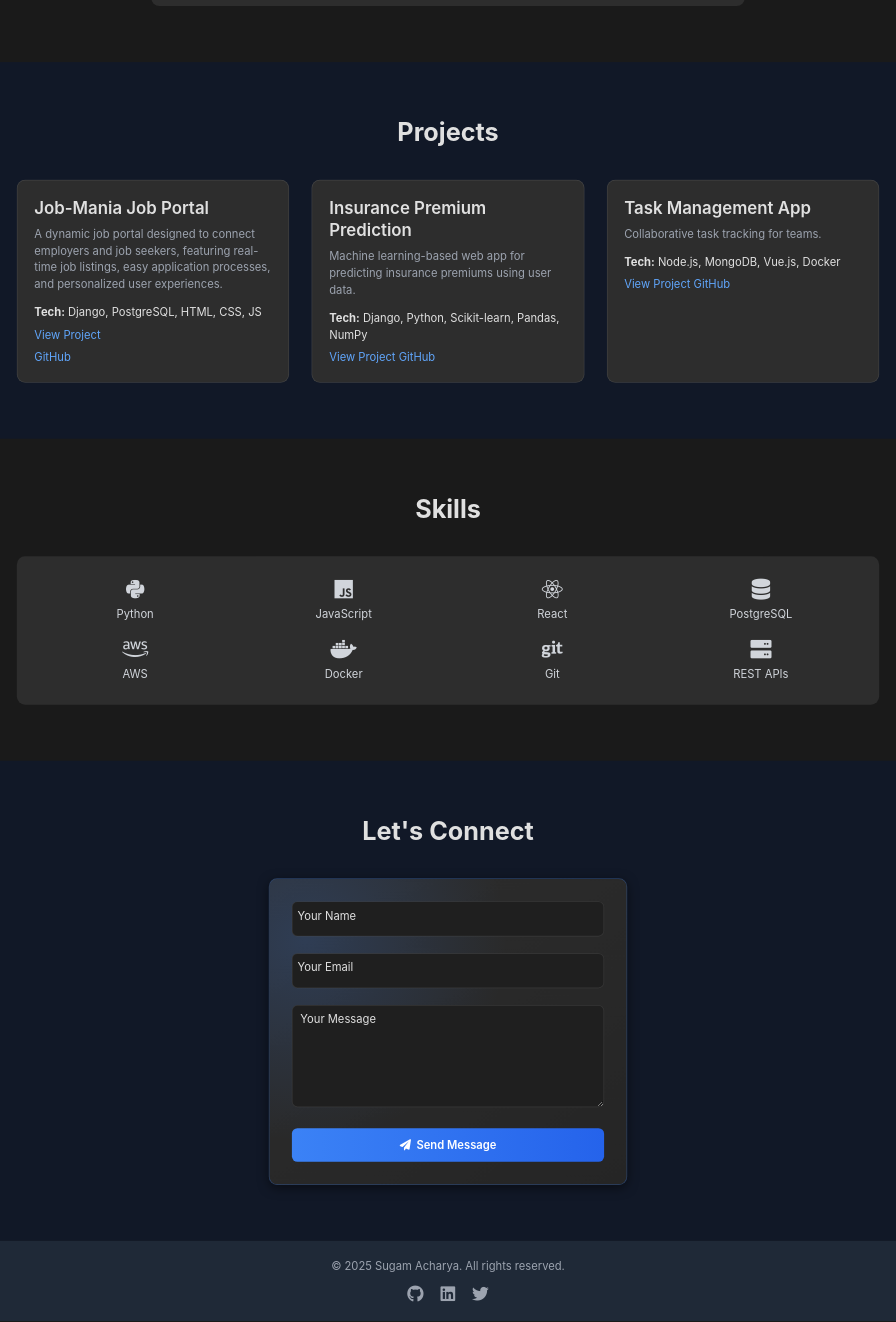
Repository: Sugaam0/Portfolio
Page: portfolio/home/templates/home/index.html
The author's editor kept a copy of each file at every save. The page is drawn from the files as they stood at one save, then again after the next save.
The browser window is 1280 px wide. The pictures show the part of the page from y = 994 to 2914 px (the page is 2882 px tall before and 2914 px after), at 70% of full size.
The template is drawn by Django 5.2. The application's start-up code is not run. Other server files are loaded and not shown. The template is opened directly, without the code that normally fills it, so the values that code supplies are empty.

Above is the page before, as saved 2025-05-08 17:46:37.

### portfolio/home/templates/home/index.html
{% load static %}
<!DOCTYPE html>
<html lang="en">
<head>
  <meta charset="UTF-8" />
  <meta name="viewport" content="width=device-width, initial-scale=1.0"/>
  <title>| Sugam Acharya |</title>
  <link href="https://cdn.jsdelivr.net/npm/tailwindcss@2.2.19/dist/tailwind.min.css" rel="stylesheet"/>
  <link rel="stylesheet" href="https://cdnjs.cloudflare.com/ajax/libs/font-awesome/6.0.0-beta3/css/all.min.css"/>
  <link rel="stylesheet" href="{% static 'css/style.css' %}">
</head>
<body class="antialiased scroll-smooth">

{% include 	"home/navbar.html" %}
<!-- Hero Section -->
<section id="home" class="min-h-screen flex items-center justify-center pt-20">
  <div class="container mx-auto px-6 text-center">
    <h1 class="text-5xl font-bold mb-4">Aspiring Full-Stack Developer</h1>
    <p class="text-lg text-accent mb-4">
      <span id="typed-text" class="font-semibold">Building the web one line at a time.</span>
    </p>
    <p class="text-xl text-secondary mb-6">
      Eager to build innovative digital experiences and grow through hands-on projects and collaboration.
    </p>
    <p class="text-md text-secondary mb-8">
      Recently completed training in modern web technologies including Python, JavaScript, and Java.
    </p>
    <a href="#projects" class="btn-accent px-6 py-3 rounded-lg font-semibold">Explore My Work</a>
  </div>
</section>

<!-- About Section -->
<section id="about" class="py-20">
  <div class="container mx-auto px-6 max-w-4xl">
    <h2 class="text-4xl font-bold text-center mb-10">About Me</h2>
    <div class="section-bg p-8">
      <p class="text-lg leading-relaxed text-gray-300">
        Passionate coder focused on building efficient web solutions. Skilled in Python and Machine Learning, I'm eager to turn creative ideas into functional applications.
      </p>
    </div>
  </div>
</section>

<!-- Projects -->
<section id="projects" class="py-20 bg-gray-900">
    <div class="container mx-auto px-6">
      <h2 class="text-4xl font-bold text-center mb-12">Projects</h2>
      <div class="grid grid-cols-1 sm:grid-cols-2 lg:grid-cols-3 gap-8">
        <!-- Project Cards -->
        <div class="project-card section-bg p-6">
          <h3 class="text-2xl font-semibold mb-2">Job-Mania Job Portal</h3>
          <p class="text-gray-400 mb-4">A dynamic job portal designed to connect employers and job seekers, featuring real-time job listings, easy application processes, and personalized user experiences.</p>
          <p><strong>Tech:</strong> Django, PostgreSQL, HTML, CSS, JS</p>
          <a href="#" class="text-blue-400 hover:underline mt-2 inline-block">View Project</a><br>
          <a href="#" class="text-blue-400 hover:underline mt-2 inline-block">GitHub</a>
        </div>
        <div class="project-card section-bg p-6">
          <h3 class="text-2xl font-semibold mb-2">Insurance Premium Prediction</h3>
          <p class="text-gray-400 mb-4">Machine learning-based web app for predicting insurance premiums using user data.</p>
          <p><strong>Tech:</strong> Django, Python, Scikit-learn, Pandas, NumPy</p>
          <a href="#" class="text-blue-400 hover:underline mt-2 inline-block">View Project</a>
          <a href="#" class="text-blue-400 hover:underline mt-2 inline-block">GitHub</a>

        </div>
        <div class="project-card section-bg p-6">
          <h3 class="text-2xl font-semibold mb-2">Task Management App</h3>
          <p class="text-gray-400 mb-4">Collaborative task tracking for teams.</p>
          <p><strong>Tech:</strong> Node.js, MongoDB, Vue.js, Docker</p>
          <a href="#" class="text-blue-400 hover:underline mt-2 inline-block">View Project</a>
          <a href="#" class="text-blue-400 hover:underline mt-2 inline-block">GitHub</a>

        </div>
      </div>
    </div>
  </section>


<!-- Skills -->
<section id="skills" class="py-20">
  <div class="container mx-auto px-6">
    <h2 class="text-4xl font-bold text-center mb-12">Skills</h2>
    <div class="section-bg p-8 grid grid-cols-2 md:grid-cols-4 gap-6 text-center text-gray-300">
      <div><i class="fab fa-python text-3xl mb-2 icon-hover"></i><p>Python</p></div>
      <div><i class="fab fa-js text-3xl mb-2 icon-hover"></i><p>JavaScript</p></div>
      <div><i class="fab fa-react text-3xl mb-2 icon-hover"></i><p>React</p></div>
      <div><i class="fas fa-database text-3xl mb-2 icon-hover"></i><p>PostgreSQL</p></div>
      <div><i class="fab fa-aws text-3xl mb-2 icon-hover"></i><p>AWS</p></div>
      <div><i class="fab fa-docker text-3xl mb-2 icon-hover"></i><p>Docker</p></div>
      <div><i class="fab fa-git text-3xl mb-2 icon-hover"></i><p>Git</p></div>
      <div><i class="fas fa-server text-3xl mb-2 icon-hover"></i><p>REST APIs</p></div>
    </div>
  </div>
</section>

<!-- Contact Section -->
<section id="contact" class="py-20 bg-gray-900">
  <div class="container mx-auto px-6">
    <h2 class="text-4xl font-bold text-center mb-12">Let's Connect</h2>
    <div class="contact-form p-8 max-w-lg mx-auto rounded-xl">
      <form action="{% url 'contact' %}" method="POST">
        {% csrf_token %}
        <div class="mb-6 relative">
          <input type="text" id="name" name="name" class="form-input w-full p-3 rounded-lg peer" placeholder=" " required>
          <label for="name" class="form-label absolute left-2 top-2 text-secondary">Your Name</label>
        </div>
        <div class="mb-6 relative">
          <input type="email" id="email" name="email" class="form-input w-full p-3 rounded-lg peer" placeholder=" " required>
          <label for="email" class="form-label absolute left-2 top-2 text-secondary">Your Email</label>
        </div>
        <div class="mb-6 relative">
          <textarea id="message" name="message" rows="5" class="form-input w-full p-3 rounded-lg peer" placeholder=" " required></textarea>
          <label for="message" class="form-label absolute left-3 top-2 text-secondary">Your Message</label>
        </div>
        <button type="submit" class="btn-accent w-full py-3 rounded-lg font-semibold flex items-center justify-center gap-2">
          <i class="fas fa-paper-plane"></i> Send Message
        </button>
      </form>
    </div>
  </div>
</section>

<!-- Footer -->
{% include "home/footer.html" %}
</body>
</html>

### portfolio/home/templates/home/navbar.html
<!-- Navbar -->
<nav class="navbar fixed top-0 w-full z-50">
    <div class="container mx-auto px-6 py-5 flex justify-between items-center">
      <a href="{% url 'index' %}" class="logo text-white">Sugam Acharya</a>
      <div class="space-x-6 text-sm font-medium">
        <a href="#about" class="nav-link">About</a>
        <a href="#projects" class="nav-link">Projects</a>
        <a href="#skills" class="nav-link">Skills</a>
        <a href="#contact" class="nav-link">Contact</a>
      </div>
    </div>
  </nav>

### portfolio/home/templates/home/footer.html
<footer class="bg-gray-800 py-6">
    <div class="container mx-auto px-6 text-center text-gray-400">
      <p>© 2025 Sugam Acharya. All rights reserved.</p>
      <div class="flex justify-center space-x-6 mt-4">
        <a href="https://github.com/Sugaam0" class="icon-hover" target="_blank"><i class="fab fa-github text-2xl"></i></a>
        <a href="https://www.linkedin.com/in/sugam-acharya-b1059a23b/" class="icon-hover" target="_blank"><i class="fab fa-linkedin text-2xl"></i></a>
        <a href="https://x.com/gaam_su" class="icon-hover" target="_blank"><i class="fab fa-twitter text-2xl"></i></a>
      </div>
    </div>
  </footer>

### portfolio/home/static/css/style.css
:root {
    --bg-primary: #1a1a1a;
    --bg-secondary: #2d2d2d;
    --text-primary: #e0e0e0;
    --text-secondary: #a0a0a0;
    --accent: #3b82f6;
    --accent-dark: #2563eb;
  }

  body {
    background-color: var(--bg-primary);
    color: var(--text-primary);
    font-family: 'Inter', sans-serif;
  }

  .navbar {
    background: linear-gradient(to bottom, var(--bg-secondary), rgba(45, 45, 45, 0.95));
    backdrop-filter: blur(8px);
    box-shadow: 0 2px 5px rgba(0, 0, 0, 0.3);
  }

  .nav-link {
    position: relative;
    padding-bottom: 0.25rem;
    transition: color 0.3s ease;
  }

  .nav-link::after {
    content: '';
    position: absolute;
    width: 0;
    height: 2px;
    bottom: 0;
    left: 0;
    background-color: var(--accent);
    transition: width 0.3s ease;
  }

  .nav-link:hover::after {
    width: 100%;
  }

  .nav-link:hover {
    color: var(--accent);
  }

  .logo {
    font-size: 1.75rem;
    font-weight: 800;
    letter-spacing: 0.05em;
    transition: transform 0.3s ease, color 0.3s ease;
  }

  .logo:hover {
    transform: scale(1.05);
    color: var(--accent);
  }

  .section-bg {
    background-color: var(--bg-secondary);
    border-radius: 0.75rem;
    transition: background-color 0.3s ease;
  }

  .section-bg:hover {
    background-color: #353535;
  }

  .btn-accent {
    background: linear-gradient(to right, var(--accent), var(--accent-dark));
    color: white;
    position: relative;
    overflow: hidden;
    transition: background 0.3s ease;
  }

  .btn-accent::before {
    content: '';
    position: absolute;
    top: 0;
    left: -100%;
    width: 100%;
    height: 100%;
    background: linear-gradient(90deg, transparent, rgba(255, 255, 255, 0.2), transparent);
    transition: 0.5s;
  }

  .btn-accent:hover::before {
    left: 100%;
  }

  .btn-accent:hover {
    background: linear-gradient(to right, var(--accent-dark), var(--accent));
  }

  .project-card {
    transition: transform 0.3s ease, box-shadow 0.3s ease, border-color 0.3s ease;
    border: 1px solid rgba(255, 255, 255, 0.1);
  }

  .project-card:hover {
    transform: translateY(-6px);
    box-shadow: 0 6px 25px rgba(0, 0, 0, 0.6);
    border-color: var(--accent);
  }

  .icon-hover {
    transition: transform 0.3s ease, color 0.3s ease;
  }

  .icon-hover:hover {
    transform: scale(1.2);
    color: var(--accent);
  }

  /* Enhanced Contact Form Styles */
      .contact-form {
          background: linear-gradient(145deg, var(--bg-secondary), #252525);
          border: 1px solid rgba(59, 130, 246, 0.3);
          box-shadow: 0 4px 15px rgba(0, 0, 0, 0.5);
          position: relative;
          overflow: hidden;
      }

      .contact-form::before {
          content: '';
          position: absolute;
          top: 0;
          left: 0;
          width: 100%;
          height: 100%;
          background: radial-gradient(circle at 10% 20%, rgba(59, 130, 246, 0.2) 0%, transparent 50%);
          pointer-events: none;
      }

      .form-input {
          background-color: #1f1f1f;
          border: 1px solid rgba(255, 255, 255, 0.1);
          transition: border-color 0.3s ease, box-shadow 0.3s ease;
      }

      .form-input:focus {
          border-color: var(--accent);
          box-shadow: 0 0 8px rgba(59, 130, 246, 0.3);
          outline: none;
      }

      .form-label {
          transition: color 0.3s ease;
      }

      .form-input:focus + .form-label,
      .form-input:not(:placeholder-shown) + .form-label {
          color: var(--accent);
          transform: translateY(-1.5rem);
          font-size: 0.8rem;
      }

      ::selection {
          background: var(--accent);
          color: white;
      }

After the next save:
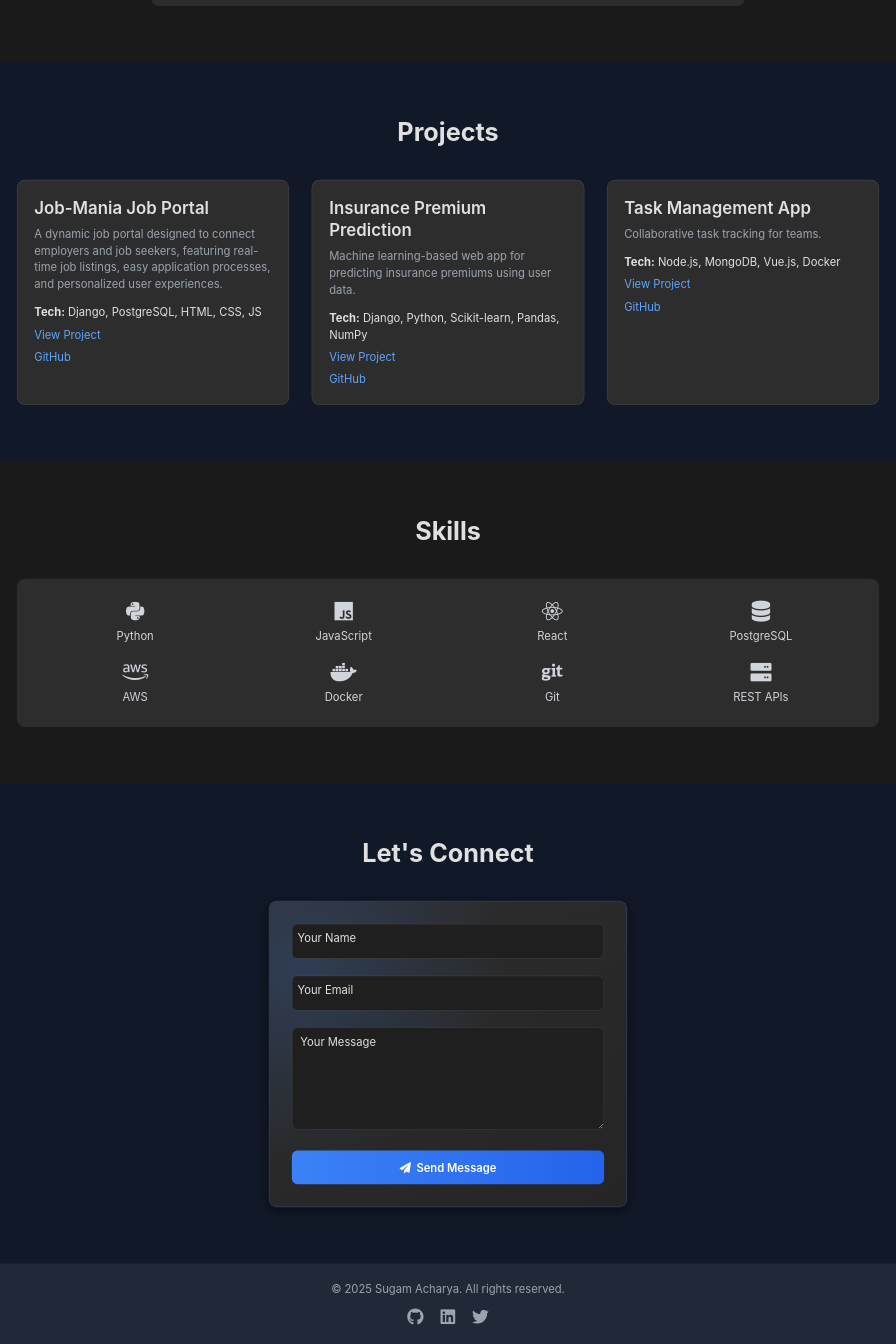
Saved 49 s later.
--- a/portfolio/home/templates/home/index.html
+++ b/portfolio/home/templates/home/index.html
@@ -58,7 +58,7 @@
           <h3 class="text-2xl font-semibold mb-2">Insurance Premium Prediction</h3>
           <p class="text-gray-400 mb-4">Machine learning-based web app for predicting insurance premiums using user data.</p>
           <p><strong>Tech:</strong> Django, Python, Scikit-learn, Pandas, NumPy</p>
-          <a href="#" class="text-blue-400 hover:underline mt-2 inline-block">View Project</a>
+          <a href="#" class="text-blue-400 hover:underline mt-2 inline-block">View Project</a><br>
           <a href="#" class="text-blue-400 hover:underline mt-2 inline-block">GitHub</a>
 
         </div>
@@ -66,7 +66,7 @@
           <h3 class="text-2xl font-semibold mb-2">Task Management App</h3>
           <p class="text-gray-400 mb-4">Collaborative task tracking for teams.</p>
           <p><strong>Tech:</strong> Node.js, MongoDB, Vue.js, Docker</p>
-          <a href="#" class="text-blue-400 hover:underline mt-2 inline-block">View Project</a>
+          <a href="#" class="text-blue-400 hover:underline mt-2 inline-block">View Project</a><br>
           <a href="#" class="text-blue-400 hover:underline mt-2 inline-block">GitHub</a>
 
         </div>
